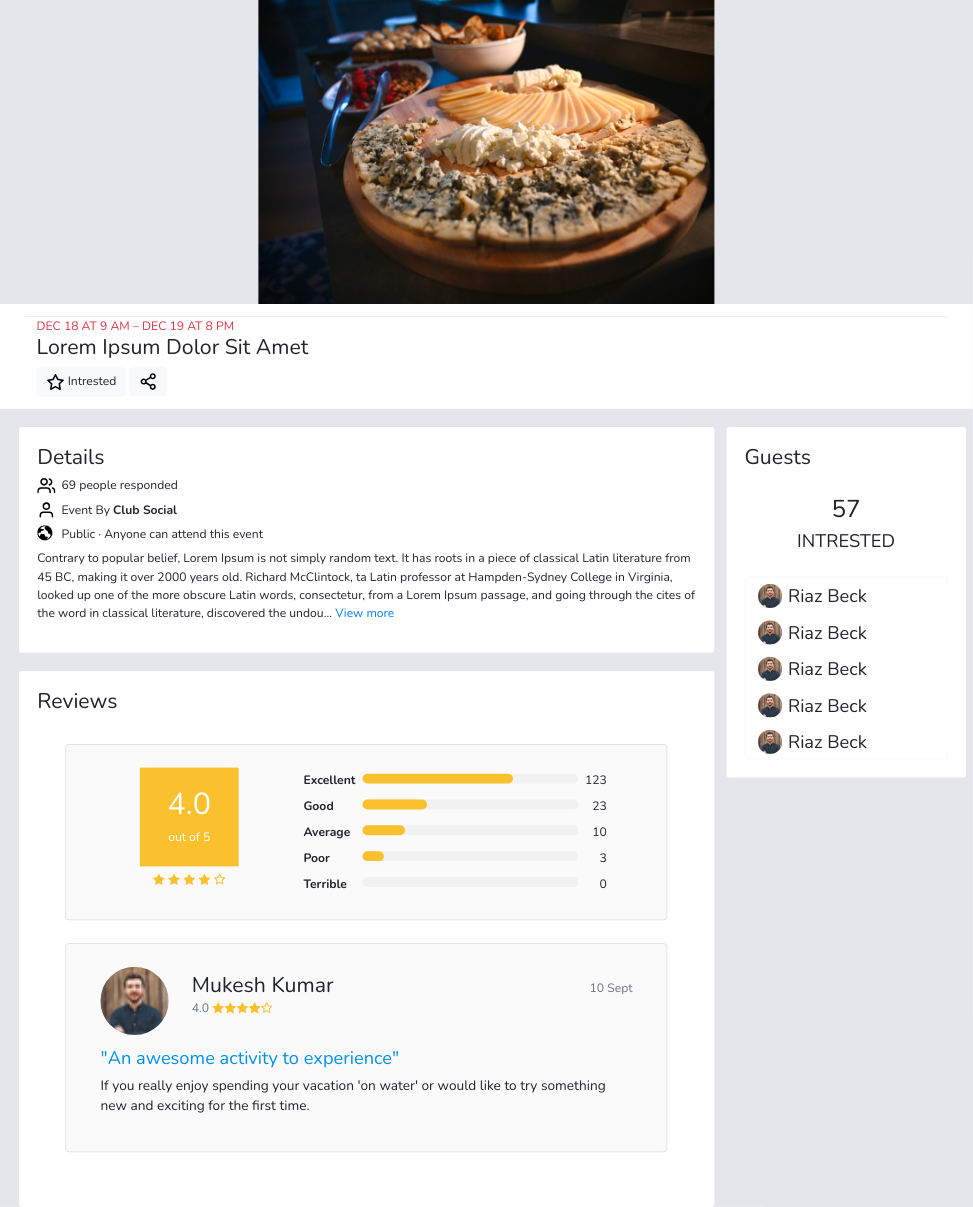
Repository: iamrachid/ensaevents
Page: event.html
The author's editor kept a copy of each file at every save. The page is drawn from the files as they stood at one save, then again after the next save.
The browser window is 1280 px wide. The pictures show the whole page, at 76% of full size.

Above is the page before, as saved 2021-11-25 18:19:30.

### event.html
<html>

<head>
    <meta charset="UTF-8">
    <meta http-equiv="X-UA-Compatible" content="IE=edge">
    <meta name="viewport" content="width=device-width, initial-scale=1.0">
    <title>Document</title>
    <link rel="stylesheet" href="css/bootstrap.css">
    <link rel="stylesheet" href="css/style.css">
    <!-- Link Swiper's CSS -->
    <link rel="stylesheet" href="https://unpkg.com/swiper/swiper-bundle.min.css" />

    <link rel="preconnect" href="https://fonts.googleapis.com">
    <link rel="preconnect" href="https://fonts.gstatic.com" crossorigin>
    <link
        href="https://fonts.googleapis.com/css2?family=Nunito:ital,wght@0,200;0,300;0,400;0,600;0,700;0,800;0,900;1,200;1,300;1,400;1,600;1,700;1,800;1,900&display=swap"
        rel="stylesheet">
</head>

<body class="w-100">

    <div class="text-center bg-main d-flex justify-content-center">
        <img src="assets/img/card-1.jpg" class="cover-img">
    </div>
    <div class="py-3 px-md-5 px-3">
        <div class="row border-top">
            <div class="col-md-10 col-md-12">
                <span class="text-uppercase text-danger">DEC 18 AT 9 AM – DEC 19 AT 8 PM</span>
                <h3>Lorem Ipsum Dolor Sit Amet</h3>
            </div>
            <div class="col-md-2 col-sm-12">
                <button class="btn btn-light ">
                    <svg class="btn-icon">
                        <use xlink:href="assets/img/icons.svg#icon-star"></use>
                    </svg>
                    Intrested</button>
                <button class="btn btn-light">
                    <svg class="btn-icon">
                        <use xlink:href="assets/img/icons.svg#icon-share-2"></use>
                    </svg>
                </button>
            </div>
        </div>
    </div>

    <div class="px-md-4 p-0 bg-main">
        <div class="row">
            <div class="col-md-8 col-lg-9 col-12 px-4 px-md-3">
                <div class="bg-white mt-4 p-4 rounded">
                    <h3>Details</h3>
                    <div class="d-flex">
                        <svg class="detail-icon mr-2 mb-2">
                            <use xlink:href="assets/img/icons.svg#icon-users"></use>
                        </svg>
                        <span>69 people responded</span>
                    </div>
                    <div class="d-flex">
                        <svg class="detail-icon mr-2  mb-2">
                            <use xlink:href="assets/img/icons.svg#icon-user"></use>
                        </svg>
                        <span>Event By <strong>Club Social</strong></span>
                    </div>
                    <div class="d-flex">
                        <svg class="detail-icon mr-2 mb-2">
                            <use xlink:href="assets/img/icons.svg#icon-public"></use>
                        </svg>
                        <span>Public · Anyone can attend this event</span>
                    </div>
                    <p>
                        <span>
                            Contrary to popular belief, Lorem Ipsum is not simply random text. It has roots in a piece
                            of
                            classical
                            Latin literature from 45 BC, making it over 2000 years old. Richard McClintock, ta Latin
                            professor
                            at
                            Hampden-Sydney College in Virginia, looked up one of the more obscure Latin words,
                            consectetur,
                            from
                            a
                            Lorem Ipsum passage, and going through the cites of the word in classical literature,
                            discovered
                            the
                            undou</span><span class="collapse  multi-collapse show fast" id="dots">...</span>
                        <span class="collapse  multi-collapse fast" id="more-text">btable source. Lorem Ipsum comes from
                            sections
                            1.10.32 and 1.10.33 of "de Finibus Bonorum et
                            Malorum" (The Extremes of Good and Evil) by Cicero, written in 45 BC. This book is a
                            treatise on
                            the
                            theory of ethics, very popular during the Renaissance. The first line of Lorem Ipsum, "Lorem
                            ipsum
                            dolor
                            sit amet..", comes from a line in section 1.10.32.
                        </span>

                        <a class="collapse  multi-collapse fast" type="button" id="less" data-toggle="collapse"
                            data-target=".multi-collapse" aria-expanded="false"
                            aria-controls="dots more less more-text">View less</a>
                        <a class="collapse show  multi-collapse fast" type="button" id="more" data-toggle="collapse"
                            data-target=".multi-collapse" aria-expanded="false"
                            aria-controls="dots more less more-text">View more</a>
                    </p>
                </div>
                <div class="bg-white mt-4 p-4 rounded">
                    <h3>Reviews</h3>


                    <div class="row justify-content-center">
                        <div class=" col-12 col-md-11 text-center mb-5">
                            <div class="card review-card">
                                <div class="row justify-content-start d-flex">
                                    <div class="col-md-4 d-flex flex-column">
                                        <div class="rating-box">
                                            <h1 class="pt-4">4.0</h1>
                                            <p class="">out of 5</p>
                                        </div>
                                        <div class="mt-1">
                                            <svg class="rating-icon">
                                                <use xlink:href="assets/img/icons.svg#icon-star-full"></use>
                                            </svg>
                                            <svg class="rating-icon">
                                                <use xlink:href="assets/img/icons.svg#icon-star-full"></use>
                                            </svg>
                                            <svg class="rating-icon">
                                                <use xlink:href="assets/img/icons.svg#icon-star-full"></use>
                                            </svg>
                                            <svg class="rating-icon">
                                                <use xlink:href="assets/img/icons.svg#icon-star-full"></use>
                                            </svg>
                                            <svg class="rating-icon">
                                                <use xlink:href="assets/img/icons.svg#icon-star"></use>
                                            </svg>
                                        </div>
                                    </div>
                                    <div class="col-md-8">
                                        <div class="rating-bar0 justify-content-center">
                                            <table class="text-left mx-auto">
                                                <tr>
                                                    <td class="rating-label">Excellent</td>
                                                    <td class="rating-bar">
                                                        <div class="bar-container">
                                                            <div class="bar-5"></div>
                                                        </div>
                                                    </td>
                                                    <td class="text-right">123</td>
                                                </tr>
                                                <tr>
                                                    <td class="rating-label">Good</td>
                                                    <td class="rating-bar">
                                                        <div class="bar-container">
                                                            <div class="bar-4"></div>
                                                        </div>
                                                    </td>
                                                    <td class="text-right">23</td>
                                                </tr>
                                                <tr>
                                                    <td class="rating-label">Average</td>
                                                    <td class="rating-bar">
                                                        <div class="bar-container">
                                                            <div class="bar-3"></div>
                                                        </div>
                                                    </td>
                                                    <td class="text-right">10</td>
                                                </tr>
                                                <tr>
                                                    <td class="rating-label">Poor</td>
                                                    <td class="rating-bar">
                                                        <div class="bar-container">
                                                            <div class="bar-2"></div>
                                                        </div>
                                                    </td>
                                                    <td class="text-right">3</td>
                                                </tr>
                                                <tr>
                                                    <td class="rating-label">Terrible</td>
                                                    <td class="rating-bar">
                                                        <div class="bar-container">
                                                            <div class="bar-1"></div>
                                                        </div>
                                                    </td>
                                                    <td class="text-right">0</td>
                                                </tr>
                                            </table>
                                        </div>
                                    </div>
                                </div>
                            </div>
                            <div class="card review-card">
                                <div class="row d-flex">
                                    <div class=""> <img class="profile-pic" src="assets/img/user.png"> </div>
                                    <div class="d-flex flex-column">
                                        <h3 class="mt-2 mb-0">Mukesh Kumar</h3>
                                        <div>
                                            <p class="text-left d-flex align-items-center"><span
                                                    class="text-muted mr-1">4.0</span>
                                                <svg class="rating-icon">
                                                    <use xlink:href="assets/img/icons.svg#icon-star-full"></use>
                                                </svg>
                                                <svg class="rating-icon">
                                                    <use xlink:href="assets/img/icons.svg#icon-star-full"></use>
                                                </svg>
                                                <svg class="rating-icon">
                                                    <use xlink:href="assets/img/icons.svg#icon-star-full"></use>
                                                </svg>
                                                <svg class="rating-icon">
                                                    <use xlink:href="assets/img/icons.svg#icon-star-full"></use>
                                                </svg>
                                                <svg class="rating-icon">
                                                    <use xlink:href="assets/img/icons.svg#icon-star"></use>
                                                </svg>
                                            </p>
                                        </div>
                                    </div>
                                    <div class="ml-auto">
                                        <p class="text-muted pt-5 pt-sm-3">10 Sept</p>
                                    </div>
                                </div>
                                <div class="row text-left">
                                    <h4 class="blue-text mt-3">"An awesome activity to experience"</h4>
                                    <p class="content">If you really enjoy spending your vacation 'on water' or would
                                        like
                                        to try something new and exciting for the first time.</p>
                                </div>
                            </div>
                        </div>
                    </div>



                </div>
            </div>
            <div class=" px-4 px-md-0 py-4 col-md-4 col-lg-3  col-sm-12 ">
                <div class="bg-white  p-4 rounded">
                    <h3>Guests</h3>
                    <div class="d-flex  justify-content-center py-4">
                        <div class="d-flex flex-column align-items-center">
                            <h2 cla>57</h2>
                            <h4 class="text-uppercase">Intrested</h4>
                        </div>

                    </div>
                    <div class="overflow-auto border-light border rounded users px-2">
                        <div class="user d-flex align-items-center">
                            <img class="user-img m-2" src="assets/img/user.png" />
                            <span class="user-name">Riaz Beck</span>
                        </div>
                        <div class="user d-flex align-items-center">
                            <img class="user-img m-2" src="assets/img/user.png" />
                            <span class="user-name">Riaz Beck</span>
                        </div>
                        <div class="user d-flex align-items-center">
                            <img class="user-img m-2" src="assets/img/user.png" />
                            <span class="user-name">Riaz Beck</span>
                        </div>
                        <div class="user d-flex align-items-center">
                            <img class="user-img m-2" src="assets/img/user.png" />
                            <span class="user-name">Riaz Beck</span>
                        </div>
                        <div class="user d-flex align-items-center">
                            <img class="user-img m-2" src="assets/img/user.png" />
                            <span class="user-name">Riaz Beck</span>
                        </div>
                        <div class="user d-flex align-items-center">
                            <img class="user-img m-2" src="assets/img/user.png" />
                            <span class="user-name">Riaz Beck</span>
                        </div>
                        <div class="user d-flex align-items-center">
                            <img class="user-img m-2" src="assets/img/user.png" />
                            <span class="user-name">Riaz Beck</span>
                        </div>
                        <div class="user d-flex align-items-center">
                            <img class="user-img m-2" src="assets/img/user.png" />
                            <span class="user-name">Riaz Beck</span>
                        </div>
                        <div class="user d-flex align-items-center">
                            <img class="user-img m-2" src="assets/img/user.png" />
                            <span class="user-name">Riaz Beck</span>
                        </div>
                        <div class="user d-flex align-items-center">
                            <img class="user-img m-2" src="assets/img/user.png" />
                            <span class="user-name">Riaz Beck</span>
                        </div>
                    </div>
                </div>
            </div>
        </div>
        <script src="js/jquery-3.6.0.js">
        </script>
        <!-- Bootstrap -->
        <script src="js/bootstrap.js"></script>
        <!-- Swiper JS -->
        <script src="js/swiper-bundle.min.js"></script>

        <!-- Main script -->
        <script src="js/script.js"></script>

</body>

</html>

### css/style.css
@font-face {
    font-family: Forever;
    src: url(../font/Foreverbrushscript-GwZy.otf);
  }

html, body{
    font-family: "Nunito";
    font-weight: 400;
    width: 100%;
}
.hero {
    background: linear-gradient(45deg, rgba(173,225,255,1) 0%, rgba(186,175,255,1) 40%, rgba(175,255,182,1) 74%, rgba(175,255,182,1) 100%);
}
.btn-header {
    font-size: 1rem;
}

.heading-title {
    font-size: 5rem;
    font-weight: 800;
}
@media only screen and (max-width: 768px) {
    .heading-title {
        font-size: 4rem;
    }

    .padding-smallSize {
        padding: .5rem;
    }
}

.heading-title_white {
    color: #fafafa;
}
.heading-subtitle {
    color: #fafafa;
    letter-spacing: .2cm;
}
.search-bar {
    padding: .51rem 0.5rem;
    background-color: white;
    left: 50%;
    transform: translate(-50%,-50%);
    border-radius: 30px;
}

.search-btn {
    background-color: #b2d0ff;
    color: #fafafa;
    font-weight: 600;
}

.card-img-box {
    height: 12rem;
    overflow: hidden;
    display: flex;
    justify-content: center;
    align-items: center;
}

.forever {
    font-family: Forever;
    font-size:2rem
}

.bg-color-blue {
    background-color:#b2d0ff;
}

.gradient {
    background:linear-gradient(to right,rgba(149, 133, 255,1) 0%, rgba(186,175,255,1)  100%);
}

.menu-icon {
    width: 1.2rem;
    height: 1.2rem;
    fill: #fff;
}

.menu-active {
    border-left: 5px solid #fff;
}

.side-nav-link, .side-nav-link:hover {
    color: #fff;
}

.side-nav-item.active:hover {
    padding-right:5px;
}

.side-nav-item {
    transition: all  0.3s;
}

.side-nav-item:hover, .side-nav-item.active {
    border-left: 5px solid #fff;
    transition: all 0.3s;
}

.btn-purple {
    color: #fff;
    background-color: rgba(149, 133, 255,1);
    border-color: rgba(149, 133, 255,1);
}

.btn-purple:hover {
    color: #fff;
    background-color: rgba(186,175,255,1);
    border-color: rgba(186,175,255,1);
}

.detail-icon {
    height: 1.5rem;
    width: 1.5rem;
}

.users {
    height: 15rem;
}

.user-name {
    font-size:1.5rem;
}

.user-img {
    height: 2rem;
    width: 2rem;
    border-radius:50%;
}

.btn-icon {
    height: 1.5rem;
    width: 1.5rem;
}

.fast {
    transition: all 0s;
}

.bg-main {
    background-color: #e4e6eb !important;
}

.cover-img {
    width: 100%;
    max-width: 600px;
}

/* Reviews */

.rating-icon {
    fill: #FBC02D;
    height: 1rem;
    width: 1rem;
}

.review-card {
    border-radius: 5px;
    background-color: #fff;
    background-color: #fafafa;
    padding-left: 60px;
    padding-right: 60px;
    margin-top: 30px;
    padding-top: 30px;
    padding-bottom: 30px
}

.rating-box {
    width: 130px;
    height: 130px;
    margin-right: auto;
    margin-left: auto;
    background-color: #FBC02D;
    color: #fff
}

.rating-label {
    font-weight: bold
}

.rating-bar {
    width: 300px;
    padding: 8px;
    border-radius: 5px
}

.bar-container {
    width: 100%;
    background-color: #f1f1f1;
    text-align: center;
    color: white;
    border-radius: 20px;
    cursor: pointer;
    margin-bottom: 5px
}

.bar-5 {
    width: 70%;
    height: 13px;
    background-color: #FBC02D;
    border-radius: 20px
}

.bar-4 {
    width: 30%;
    height: 13px;
    background-color: #FBC02D;
    border-radius: 20px
}

.bar-3 {
    width: 20%;
    height: 13px;
    background-color: #FBC02D;
    border-radius: 20px
}

.bar-2 {
    width: 10%;
    height: 13px;
    background-color: #FBC02D;
    border-radius: 20px
}

.bar-1 {
    width: 0%;
    height: 13px;
    background-color: #FBC02D;
    border-radius: 20px
}


.star-active {
    color: #FBC02D;
    margin-top: 10px;
    margin-bottom: 10px
}

.star-active:hover {
    color: #F9A825;
    cursor: pointer
}

.star-inactive {
    color: #CFD8DC;
    margin-top: 10px;
    margin-bottom: 10px
}

.blue-text {
    color: #0091EA
}

.content {
    font-size: 18px
}

.profile-pic {
    width: 90px;
    height: 90px;
    border-radius: 100%;
    margin-right: 30px
}

.pic {
    width: 80px;
    height: 80px;
    margin-right: 10px
}

### js/script.js
var swiper = new Swiper(".events", {
    pagination: {
      el: ".swiper-pagination",
      clickable: true,
    }
    ,
    breakpoints: {
      640: {
        slidesPerView: 1,
        spaceBetween: 20,
      },
      768: {
        slidesPerView: 2,
        spaceBetween: 40,
      },
      1024: {
        slidesPerView: 3,
        spaceBetween: 50,
      },
    },

  })

  var swiper = new Swiper(".clubs", {
    spaceBetween: 10,
    autoplay: {
      delay: 3000,
      // TODO: this should be false
      disableOnInteraction: false,
    },
    pagination: {
      el: ".swiper-pagination",
      clickable: true,
    },
    navigation: {
      nextEl: ".swiper-button-next",
      prevEl: ".swiper-button-prev",
    },
    breakpoints: {
      640: {
        slidesPerView: 2,
        spaceBetween: 20,
      },
      768: {
        slidesPerView: 3,
        spaceBetween: 40,
      },
      1024: {
        slidesPerView: 5,
        spaceBetween: 50,
      },
    }
  });;

Loaded but not shown: css/bootstrap.css (library); js/jquery-3.6.0.js (library); js/bootstrap.js (library); js/swiper-bundle.min.js (library)

After the next save:
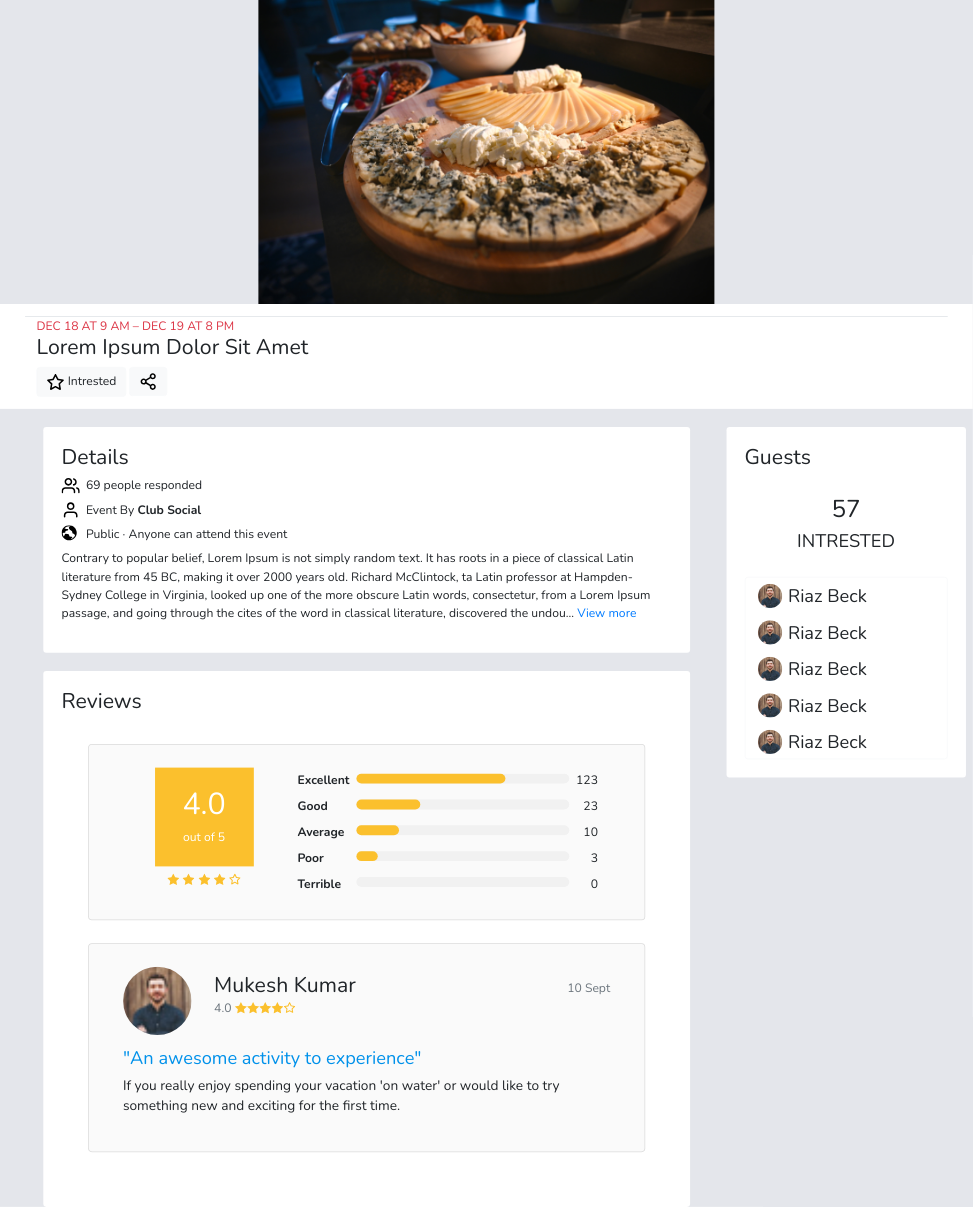
Saved 2 min 54 s later.
--- a/event.html
+++ b/event.html
@@ -45,7 +45,7 @@
 
     <div class="px-md-4 p-0 bg-main">
         <div class="row">
-            <div class="col-md-8 col-lg-9 col-12 px-4 px-md-3">
+            <div class="col-md-8 col-lg-9 col-12 px-4 px-md-3 px-lg-5">
                 <div class="bg-white mt-4 p-4 rounded">
                     <h3>Details</h3>
                     <div class="d-flex">
